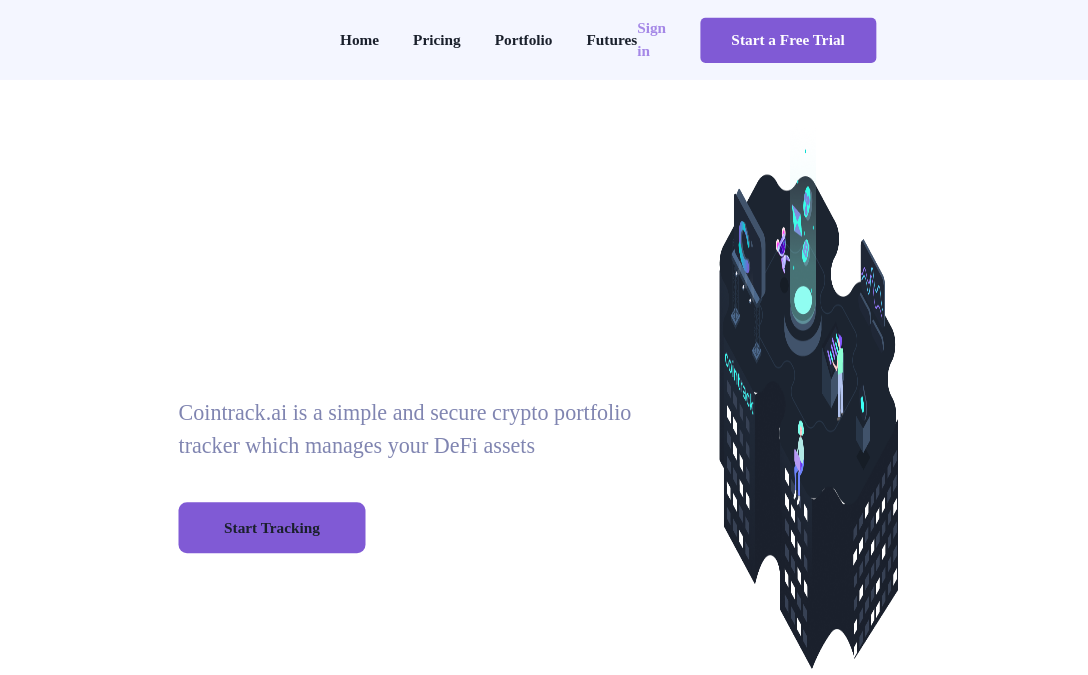
Repository: lilit9898/Cointrack
Page: /
An editor plug-in stored every save of this project. The page is shown before and after the next save, followed by the edit.
The browser window is 1280 px wide. The pictures show the whole page, at 85% of full size.
The page's requests for data from a server got no answer. The project was rebuilt for these pictures with package versions that can differ from the ones it lists, and the page was loaded fresh each time. No one was signed in, and anything a server would have sent is missing.

Above is the page before, as saved 2022-10-05 11:42:42.

### src/index.tsx
import React from 'react';
import ReactDOM from 'react-dom/client';
import './index.css';
import App from './root/App';
import reportWebVitals from './reportWebVitals';
import theme from './theme/theme';
import { Provider } from 'react-redux';
import store from './store/store';

const root = ReactDOM.createRoot(
  document.getElementById('root') as HTMLElement,
);
root.render(
  <Provider store={store}>
    <App />
  </Provider>,
);

// If you want to start measuring performance in your app, pass a function
// to log results (for example: reportWebVitals(console.log))
// or send to an analytics endpoint. Learn more: https://bit.ly/CRA-vitals
reportWebVitals();

### src/index.css
body {
  margin: 0;
  font-family: -apple-system, BlinkMacSystemFont, 'Segoe UI', 'Roboto', 'Oxygen',
    'Ubuntu', 'Cantarell', 'Fira Sans', 'Droid Sans', 'Helvetica Neue',
    sans-serif;
  -webkit-font-smoothing: antialiased;
  -moz-osx-font-smoothing: grayscale;
}

code {
  font-family: source-code-pro, Menlo, Monaco, Consolas, 'Courier New',
    monospace;
}
* {
  box-sizing: border-box;
  padding: 0;
  margin: 0;
}

body {
  background-color: #1a202c;
}

### src/root/App.tsx
import {
  Box,
  ChakraProvider,
  color,
  ColorModeScript,
  useColorMode,
} from '@chakra-ui/react';
import theme from '../theme/theme';
import HomePage from '../pages/HomePage';

function App() {
  const { colorMode, toggleColorMode } = useColorMode();
  return (
    <ChakraProvider>
      <ColorModeScript initialColorMode={theme.colorConfig.initialColorMode} />
      <Box className="App">
        <HomePage />
      </Box>
    </ChakraProvider>
  );
}

export default App;

### src/store/store.ts
import { configureStore, Store } from '@reduxjs/toolkit';
import CoinCardSlice from '../store/coinSlices';
import type { TypedUseSelectorHook } from 'react-redux';
import { useDispatch, useSelector } from 'react-redux';

const store = configureStore({
  reducer: {
    coincard: CoinCardSlice,
  },
});

type AppDispatch = typeof store.dispatch;
export const useAppSelector: TypedUseSelectorHook<RootState> = useSelector;
type RootState = ReturnType<typeof store.getState>;
export const useAppDispatch: () => AppDispatch = useDispatch;

export default store;

### src/theme/theme.ts
import { extendTheme, type ThemeConfig } from '@chakra-ui/react';

const colorConfig = {
  initialColorMode: 'dark',
  useSystemColorMode: false,
};

const theme = extendTheme({ colorConfig });

export default theme;

### src/pages/HomePage.tsx
import { Box } from "@chakra-ui/react"
import Home from "../components/Home/Home"
import MainLayout from "../hoc/MainLayout"
import Wrapper from "../hoc/Wrapper"

const HomePage = () => {
  return (
    <MainLayout>
      <Home />
    </MainLayout>
  )
}

export default HomePage

### src/store/coinSlices.ts
import { createAsyncThunk, createSlice } from '@reduxjs/toolkit';
import axios from '../config/axios.config';
import { ICoinInfo } from '../types/interfaces';

interface ICoinState {
  coinInfo: ICoinInfo[];
}

const initialState: ICoinState = {
  coinInfo: [],
};

export const getCoinInfo = createAsyncThunk<ICoinInfo[], number>(
  'coincard/getCoinInfo',
  async (page) => {
    let response = await axios.get('/coins/markets', {
      params: {
        vs_currency: 'usd',
        order: 'market_cap_desc',
        per_page: 4,
        page,
        sparkline: true,
      },
    });
    console.log(response);
    return response.data;
  },
);

const CoinCardSlice = createSlice({
  name: 'coincard',
  initialState,
  reducers: {},
  extraReducers: (builder) => {
    builder.addCase(getCoinInfo.fulfilled, (state, action) => {
      state.coinInfo = action.payload;
    });
  },
});

const { reducer } = CoinCardSlice;
export default reducer;

### src/components/Home/Home.tsx
import * as Sections from "./Sections"

const Home = () => {
  return (
    <>
      <Sections.CoinCharts />
    </>
  )
}

export default Home

### src/hoc/MainLayout.tsx
import { Box, BoxProps, Center } from '@chakra-ui/react';
import React, { Children, FC } from 'react';
import { useSelector } from 'react-redux';
import AppHeader from '../components/AppHeader/AppHeader';

const MainLayout: React.FC<BoxProps> = ({ children, ...style }) => {

  return (
    <Box>
      <AppHeader />
      {children}
      {/* <AppFooter /> */}
    </Box>
  );
};

export default MainLayout

### src/config/axios.config.ts
import axios from 'axios';

const baseURL = process.env.REACT_APP_BASE_URL || '';

const instance = axios.create({
  baseURL,
});

export default instance;

### src/components/Home/Sections/index.ts
export { default as CoinCharts } from "./CoinCharts/CoinCharts"

### src/components/AppHeader/AppHeader.tsx
import {
  Box,
  Button,
  Center,
  Flex,
  Image,
  Text,
  useColorMode,
  useColorModeValue,
} from '@chakra-ui/react';
import CustomButton from '../../hoc/CustomButton';
import Logo from './Logo/Logo';

const AppHeader = () => {
  const { colorMode, toggleColorMode } = useColorMode();
  const bg = useColorModeValue(' #F4F6FF', '#212834');
  return (
    <Flex p="20px 210px" gap="190px" bg={bg}>
      <Logo />
      <Flex w="100%" justifyContent="space-between">
        <Flex
          gap="40px"
          fontWeight="800"
          fontSize="18px"
          lineHeight="27px"
          fontFamily="Axiforma"
        >
          <Center>
            <Text cursor="pointer">Home</Text>
          </Center>
          <Center>
            <Text cursor="pointer">Pricing</Text>
          </Center>
          <Center>
            <Text cursor="pointer">Portfolio</Text>
          </Center>
          <Center>
            <Text cursor="pointer">Futures</Text>
          </Center>
        </Flex>
        <Flex
          gap="40px"
          fontWeight="800"
          fontSize="18px"
          lineHeight="27px"
          fontFamily="Axiforma"
        >
          <Center color="#A588E7">
            <Text cursor="pointer">Sign in</Text>
          </Center>
          <Center>
            <CustomButton
              w="207px"
              h="53px"
              bg="#805AD5"
              color=" #FFFFFF"
              fontWeight="600"
              fontSize="18px"
              lineHeight="27px"
              fontFamily="Axiforma"
              cursor="pointer"
              _hover={{
                bgColor: '#805AD5',
                opacity: 0.85,
              }}
            >
              Start a Free Trial
            </CustomButton>
          </Center>
          <Center>
            <Image
              src="/images/light-mode-icon.svg"
              alt="Cointrack"
              cursor="pointer"
              onClick={toggleColorMode}
            ></Image>
          </Center>
        </Flex>
      </Flex>
    </Flex>
  );
};

export default AppHeader;

### src/components/Home/Sections/CoinCharts/CoinCharts.tsx
import { Box, Image, Text } from '@chakra-ui/react';
import { useDispatch } from 'react-redux';
import Wrapper from '../../../../hoc/Wrapper';
import DescriptionText from './DescriptionText';
import store from '../../../../store/store';
import { useAppSelector } from '../../../../store/store';
import { useEffect } from 'react';
import { getCoinInfo } from '../../../../store/coinSlices';

const CoinCharts = () => {
  const { coinInfo } = useAppSelector((state) => state.coincard);
  const dispatch = useDispatch<typeof store.dispatch>();

  useEffect(() => {
    dispatch(getCoinInfo(1));
  }, []);
  console.log(coinInfo);
  return (
    <Wrapper w="100%" h="700px" p="33px 210px">
      <Box display="flex">
        <DescriptionText />
        <Box>
          <Image
            src="/images/cityPic.png"
            alt="cityPic"
            w="806px"
            h="665px"
          ></Image>
        </Box>
      </Box>
      {/* <Box>
        {coinInfo.map((item) => {
          return (
            <Box>
              <Image src={item.image} />
              <Box>
                <Box>
                  <Text>{item.name}</Text>
                  <Text>{item.current_price}</Text>
                </Box>
                <Box>
                  <Text>{item.market_cap_change_percentage_24h}</Text>
                  <Text>{item.market_cap_change_24h}</Text>
                </Box>
                <Text>Last 24 hours</Text>
              </Box>
            </Box>
          );
        })}
      </Box> */}
    </Wrapper>
  );
};

export default CoinCharts;

### src/hoc/CustomButton.tsx
import { Box, ButtonProps, Center, Button } from '@chakra-ui/react';
import React, { Children, FC } from 'react';

const CustomButton: React.FC<ButtonProps> = ({ children, ...style }) => {
  return <Button {...style}>{children}</Button>;
};

export default CustomButton;

### src/components/AppHeader/Logo/Logo.tsx
import { Center, Image } from "@chakra-ui/react"

const Logo = () => {
  return (
    <Center>
        <Image
          src="/images/logo.svg"
          alt="Cointrack"
          w="162px"
          h="44.5px"
        ></Image>
      </Center>
  )
}

export default Logo

### src/hoc/Wrapper.tsx
import { Box, BoxProps, Center } from '@chakra-ui/react';
import React, { Children, FC } from 'react';

const Wrapper: React.FC<BoxProps> = ({ children, ...style }) => {
  return (
    <Box {...style}>
      <Center>{children}</Center>
    </Box>
  );
};

export default Wrapper;

### src/components/Home/Sections/CoinCharts/DescriptionText.jsx
import { Box, Text } from '@chakra-ui/react';
import React from 'react';
import CustomButton from '../../../../hoc/CustomButton';
import Button from '../../../../hoc/CustomButton';

function DescriptionText() {
  return (
    <Box gap="21px" pt="180px">
      <Box w="610px">
        <Text
          fontFamily="Axiforma"
          fontWeight="500"
          fontSize="46px"
          lineHeight="69px"
          color="white"
        >
          Track your cryptocurrency assets from one place
        </Text>
      </Box>
      <Box w="610px" mt="21px">
        <Text
          fontFamily="Axiforma"
          fontWeight="400"
          fontSize="26px"
          lineHeight="39px"
          color="#8085B1"
        >
          Cointrack.ai is a simple and secure crypto portfolio tracker which
          manages your DeFi assets
        </Text>
      </Box>
      <Box mt="47px">
        <CustomButton
          w="220px"
          h="60px"
          borderRadius="10px"
          bg="#805AD5"
          _hover={{
            bgColor: '#805AD5',
            opacity: 0.85,
          }}
          fontWeight="600"
          fontSize="18px"
          lineHeight="27px"
          fontFamily="Axiforma"
          cursor="pointer"
        >
          Start Tracking
        </CustomButton>
      </Box>
    </Box>
  );
}

export default DescriptionText;

Loaded but not shown: public/index.html (common file); src/reportWebVitals.ts (common file)

After the next save:
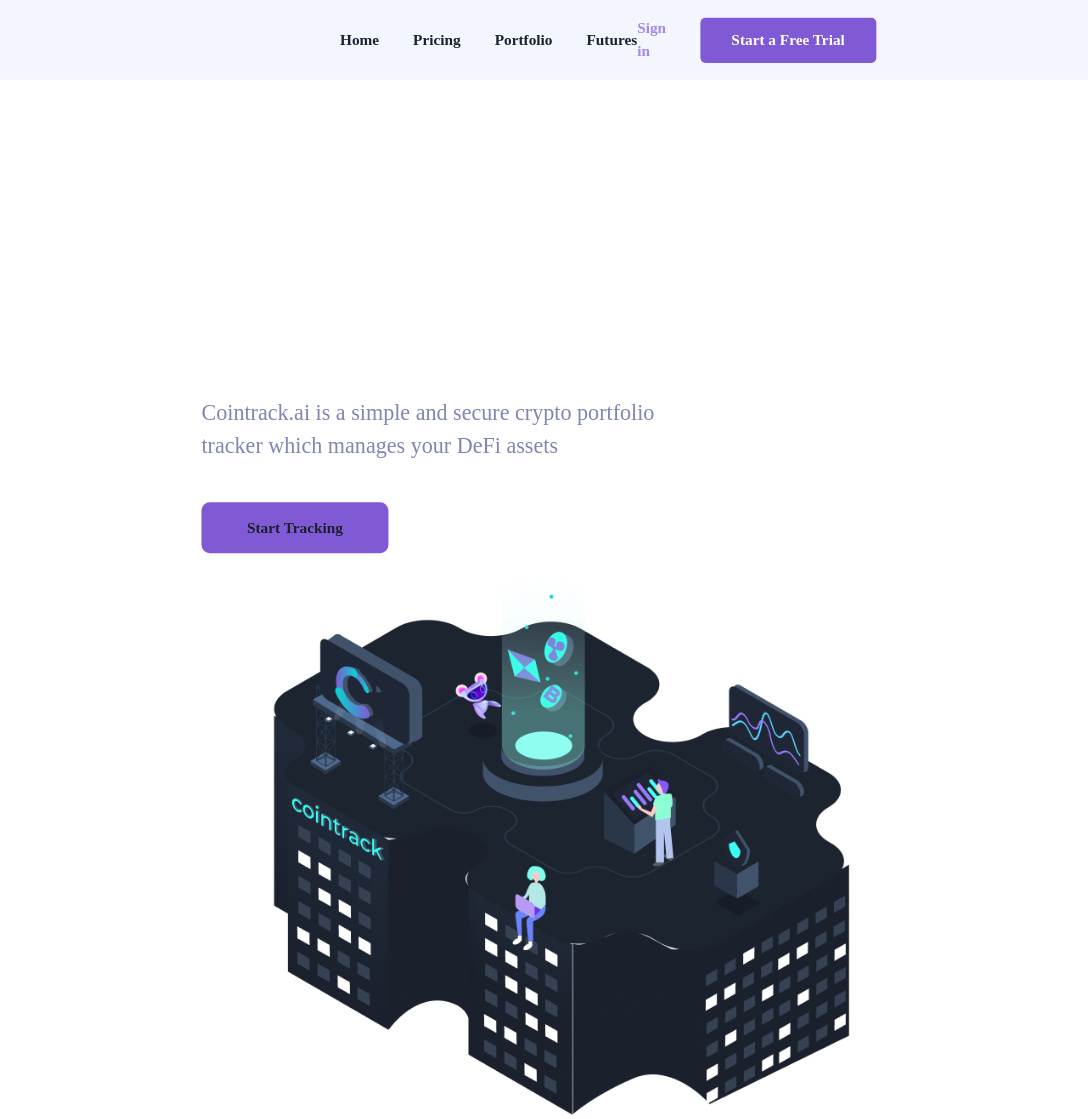
Saved 25 s later.
--- a/src/components/Home/Sections/CoinCharts/CoinCharts.tsx
+++ b/src/components/Home/Sections/CoinCharts/CoinCharts.tsx
@@ -17,7 +17,7 @@
   console.log(coinInfo);
   return (
     <Wrapper w="100%" h="700px" p="33px 210px">
-      <Box display="flex">
+      <Box>
         <DescriptionText />
         <Box>
           <Image

After the save that followed:
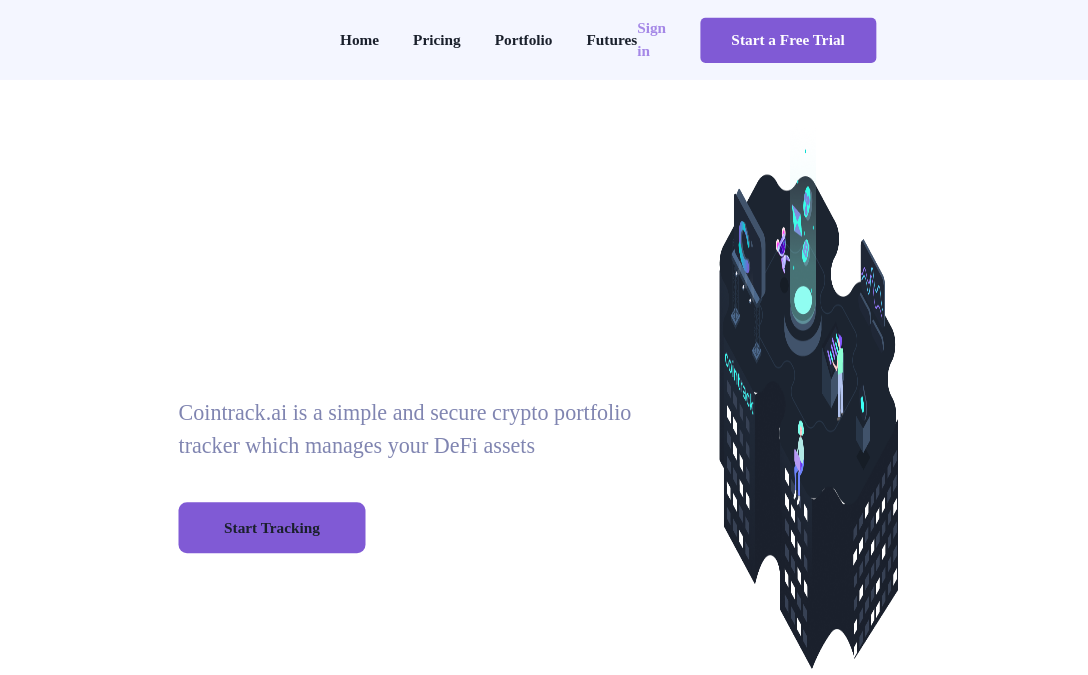
Saved 4 s later.
--- a/src/components/Home/Sections/CoinCharts/CoinCharts.tsx
+++ b/src/components/Home/Sections/CoinCharts/CoinCharts.tsx
@@ -17,7 +17,7 @@
   console.log(coinInfo);
   return (
     <Wrapper w="100%" h="700px" p="33px 210px">
-      <Box>
+      <Box display="flex">
         <DescriptionText />
         <Box>
           <Image
